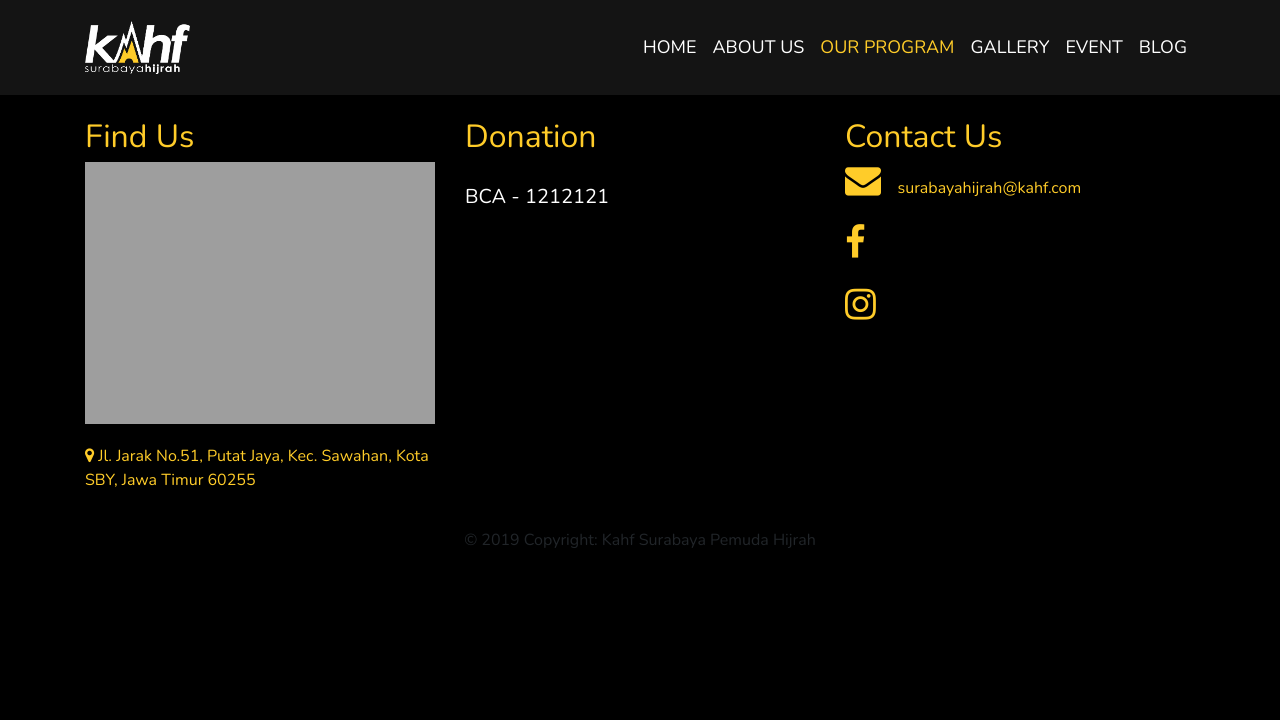
Repository: shandytp/surabaya-hijrah
Page: http://localhost/ourprogram.php
The author's editor kept a copy of each file at every save. The page is drawn from the files as they stood at one save, then again after the next save.
The browser window is 1280 px wide. The pictures show the whole page.
Pictures or frames that could not be fetched are drawn as grey boxes. Some web libraries are served in a nearby version. The page is run by PHP 8.4 with error messages shown; the project is at /var/www/html/.

Above is the page before, as saved 2019-08-20 15:55:48.
Console error: TypeError: Cannot read properties of undefined (reading 'fn')

After the next save:
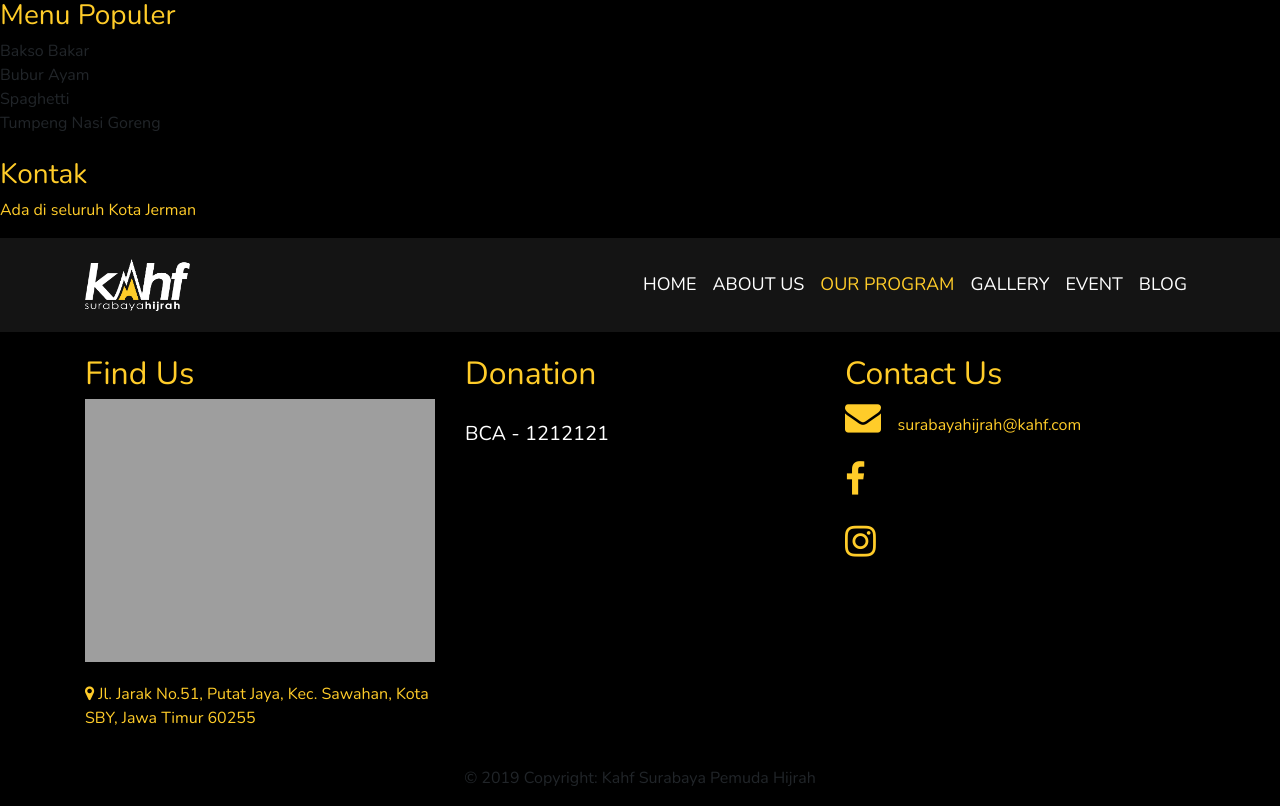
Saved 16 min 57 s later.
--- a/ourprogram.php
+++ b/ourprogram.php
@@ -31,7 +31,18 @@
     <link rel="stylesheet" href="https://stackpath.bootstrapcdn.com/font-awesome/4.7.0/css/font-awesome.min.css">
 
     <!-- Program -->
-
+    <div class="kanan">
+                <h3>Menu Populer</h3>
+                <ul>
+                    <li>Bakso Bakar</li>
+                    <li>Bubur Ayam</li>
+                    <li>Spaghetti</li>
+                    <li>Tumpeng Nasi Goreng</li>
+                </ul>
+                <br>
+                <h3>Kontak</h3>
+                <p>Ada di seluruh Kota Jerman</p>
+            </div>
     <!-- Main CSS -->
     <link rel="stylesheet" href="css/main.css">
 
